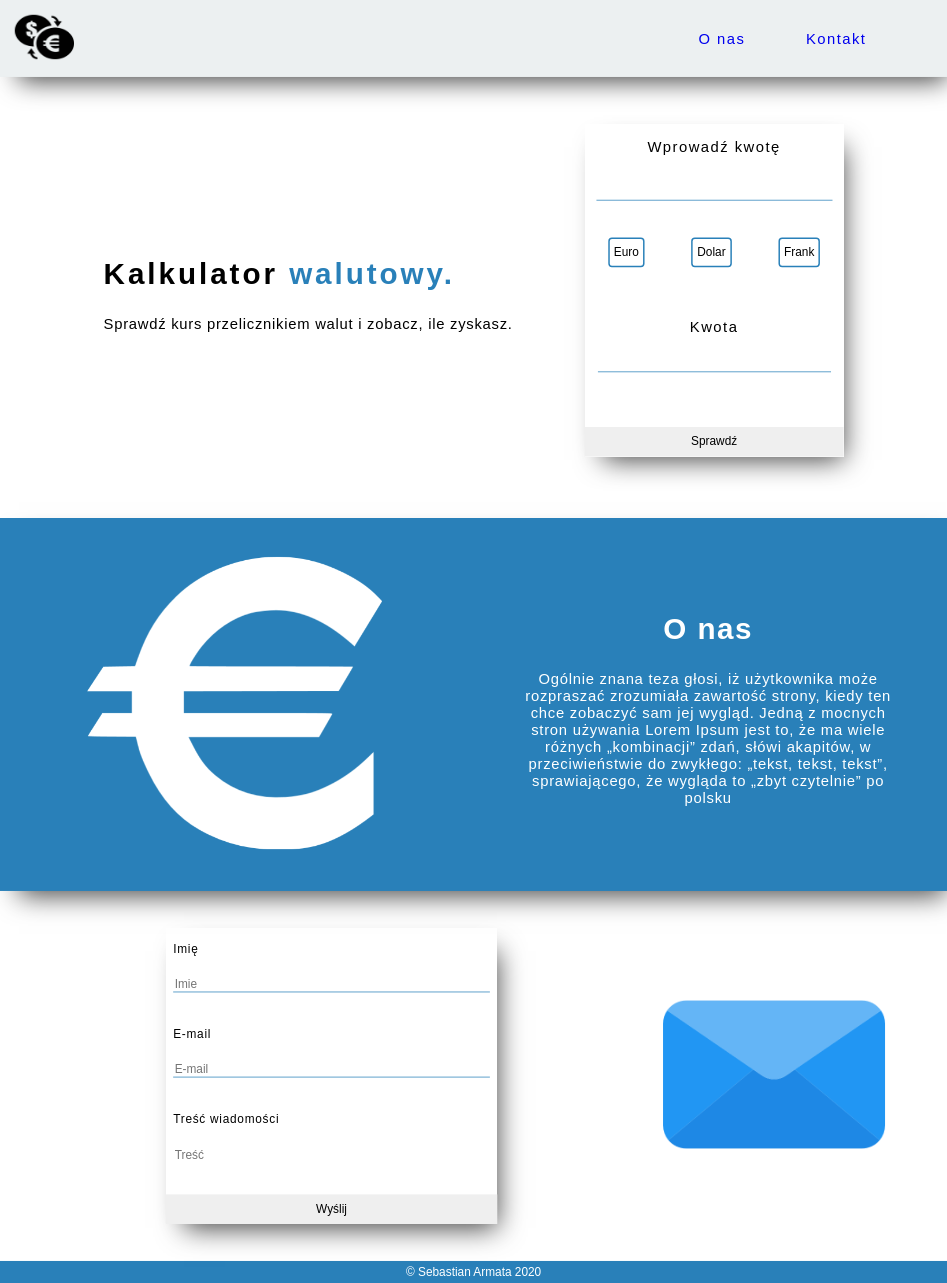
Repository: SebastianArmata22/Kalkulator-walut
Page: index.html
The author's editor kept a copy of each file at every save. The page is drawn from the files as they stood at one save, then again after the next save.
The browser window is 1280 px wide. The pictures show the whole page, at 74% of full size.

Above is the page before, as saved 2020-10-26 10:07:20.

After the next save:
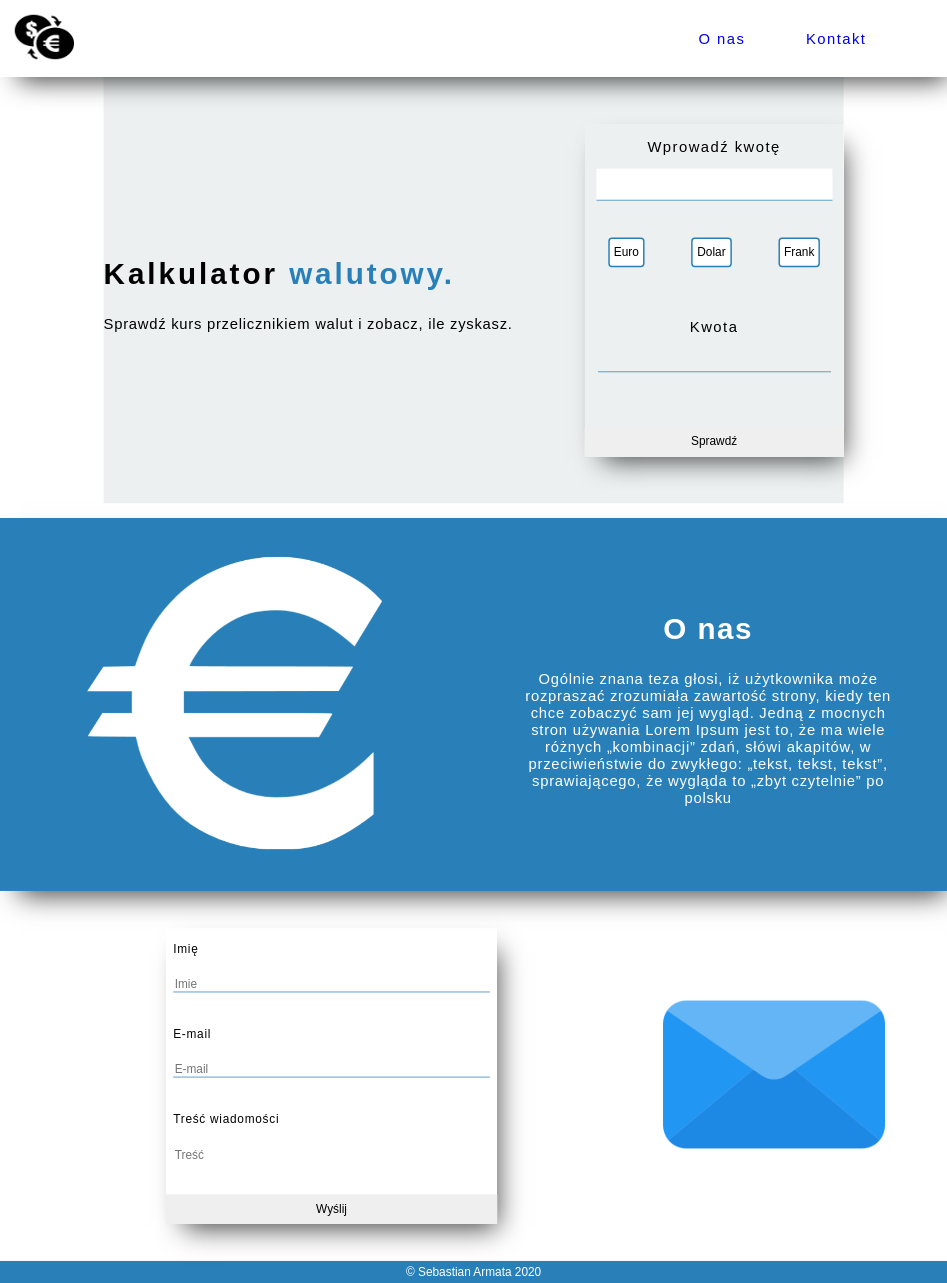
Saved 27 s later.
--- a/style.css
+++ b/style.css
@@ -20,7 +20,6 @@ width: 100%;
     display: flex;
     align-items: center;
     box-shadow: 12px 18px 35px -13px rgba(0,0,0,0.75);
-    background-color:#ecf0f1 ;
 }
 .logo img{
     position: relative;
@@ -70,6 +69,7 @@ width: 100%;
     display: flex;
     align-items: center;
     justify-content:space-between;
+    background-color:#ecf0f1 ;
 }
 .calculator{
     display: flex;
